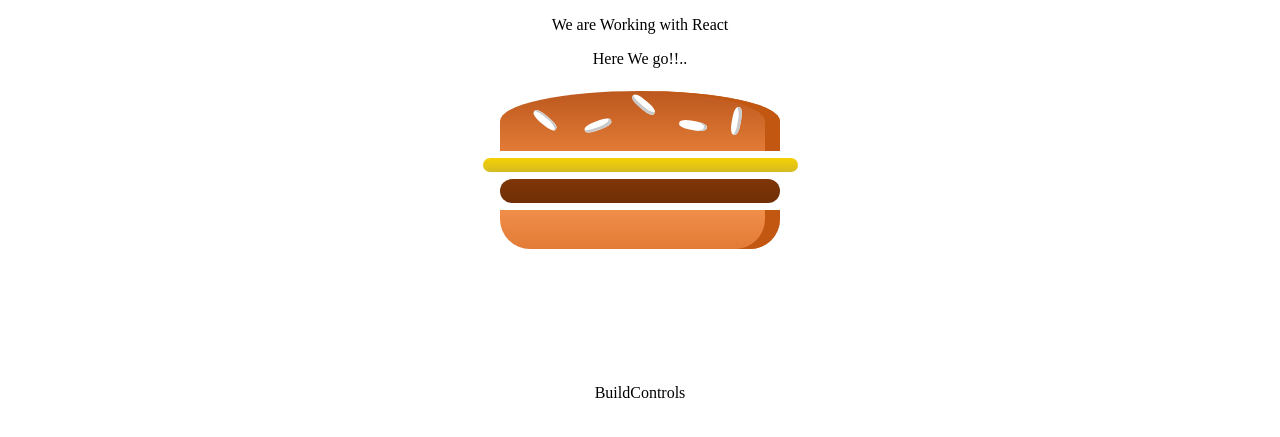
Repository: PiyushRajmsit/React-Burger-Building-App
Page: /
These files come from the project's save history. The page is drawn as it stood at one moment and after the next save; the edit follows.
The browser window is 1280 px wide. The pictures show the whole page.
The project was rebuilt for these pictures with package versions that can differ from the ones it lists, and the page was loaded fresh each time.

Above is the page before, as saved 2020-06-07 02:31:47.

After the next save:
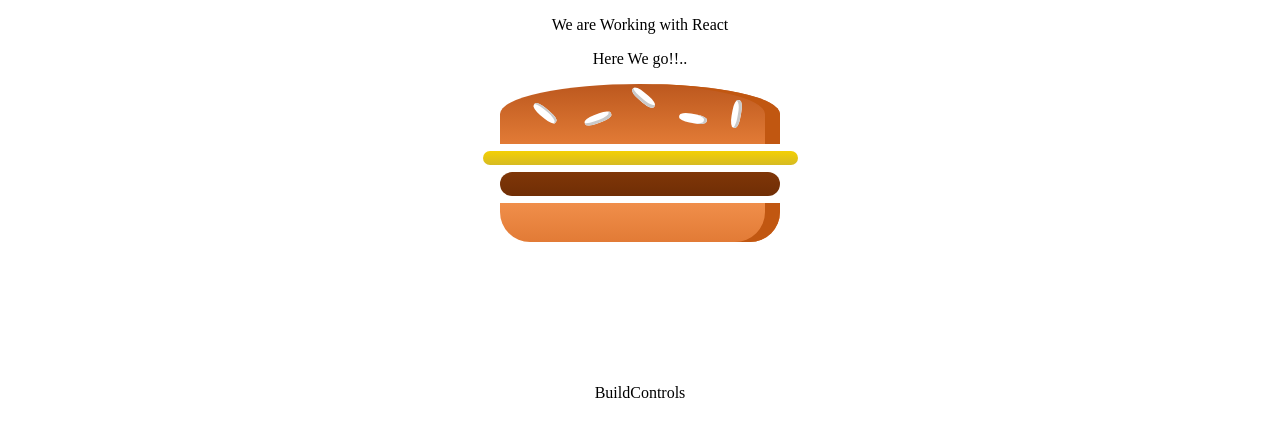
Saved 20 s later.
--- a/src/components/Burger/Burger.module.css
+++ b/src/components/Burger/Burger.module.css
@@ -2,7 +2,6 @@
     width: 100%;
     margin: auto;
     height: 250px;
-    overflow: scroll;
     text-align: center;
     font-weight: bold;
     font-size: 1.2em;
